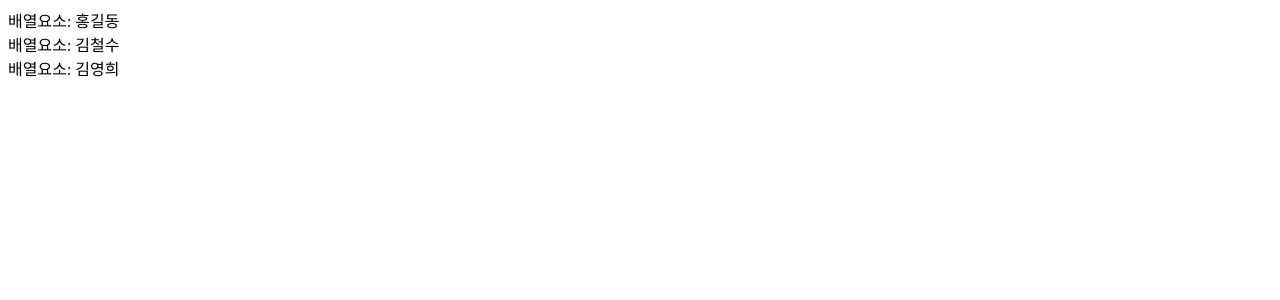
Repository: jemin7709/InternetProgramming2
Page: http://localhost/Pj/hidden.jsp
An editor plug-in stored every save of this project. The page is shown before and after a run of saves, followed by the edit.
The browser window is 1280 px wide. The pictures show the whole page.
The page is served by Tomcat 9.

Above is the page before, as saved 2021-05-06 05:03:15.

### Pj/WebContent/hidden.jsp
<%@page import="java.util.Date"%>
<%@ page language="java" contentType="text/html; charset=UTF-8"
    pageEncoding="UTF-8"%>
<%String[] array = {"홍길동", "김철수", "김영희"}; %>

<!DOCTYPE html PUBLIC "-//W3C//DTD HTML 4.01 Transitional//EN" "http://www.w3.org/TR/html4/loose.dtd">
<html>
<head>
<meta http-equiv="Content-Type" content="text/html; charset=UTF-8">
<title>Insert title here</title>
</head>
<body>
<%
for(int i=0;i<array.length;i++){
	out.print("배열요소: " + array[i] + "<br>");
}
%>
</body>
</html>

After the next 2 saves:
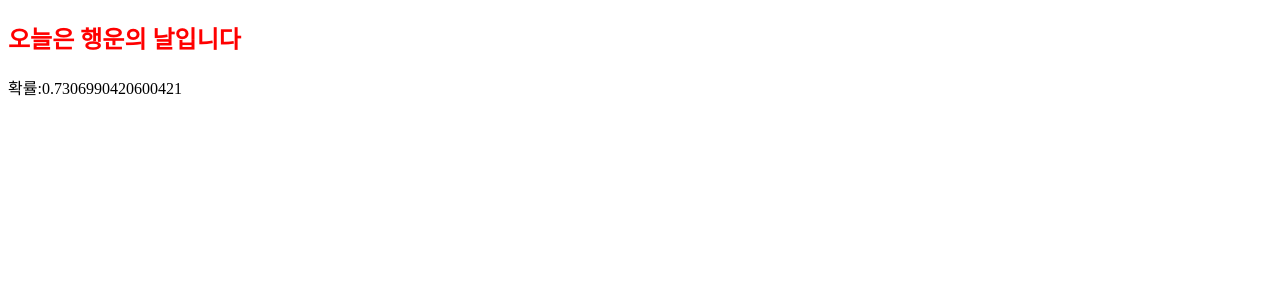
The 2 saves are shown as one change because 1 did not build or start.
The last was saved 15 min 57 s later.
--- a/Pj/WebContent/hidden.jsp
+++ b/Pj/WebContent/hidden.jsp
@@ -1,7 +1,5 @@
-<%@page import="java.util.Date"%>
 <%@ page language="java" contentType="text/html; charset=UTF-8"
     pageEncoding="UTF-8"%>
-<%String[] array = {"홍길동", "김철수", "김영희"}; %>
 
 <!DOCTYPE html PUBLIC "-//W3C//DTD HTML 4.01 Transitional//EN" "http://www.w3.org/TR/html4/loose.dtd">
 <html>
@@ -11,9 +9,13 @@
 </head>
 <body>
 <%
-for(int i=0;i<array.length;i++){
-	out.print("배열요소: " + array[i] + "<br>");
-}
+	double r = Math.random();
+	if(r>0.6){
+		out.print("<h2 style='color:red'>오늘은 행운의 날입니다</h2><p>확률:"+r+"</p>");
+	}
+	else{
+		out.print("<h2>오늘은 평범한 날입니다</h2><p>확률:"+r+"</p>");
+	}
 %>
 </body>
 </html>
